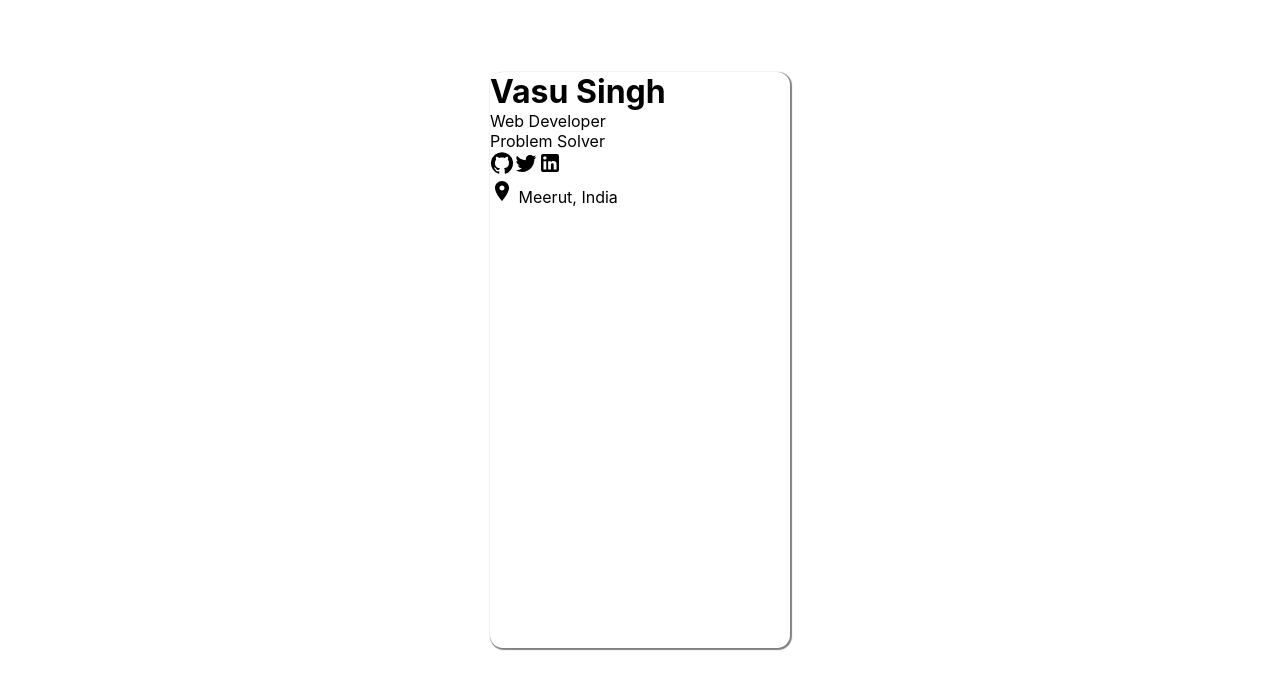
Repository: vasucp1207/grid-port
Page: /about
The author's editor kept a copy of each file at every save. The page is drawn from the files as they stood at one save, then again after the next save.
The browser window is 1280 px wide. The pictures show the whole page.
Some web fonts or font styles are not loaded; a fallback is used. The project was rebuilt for these pictures with package versions that can differ from the ones it lists, and the page was loaded fresh each time. Also part of the build but not shown: src/pages/Home.js, src/pages/Projects.js.

Above is the page before, as saved 2022-08-16 22:04:45.

After the next save:
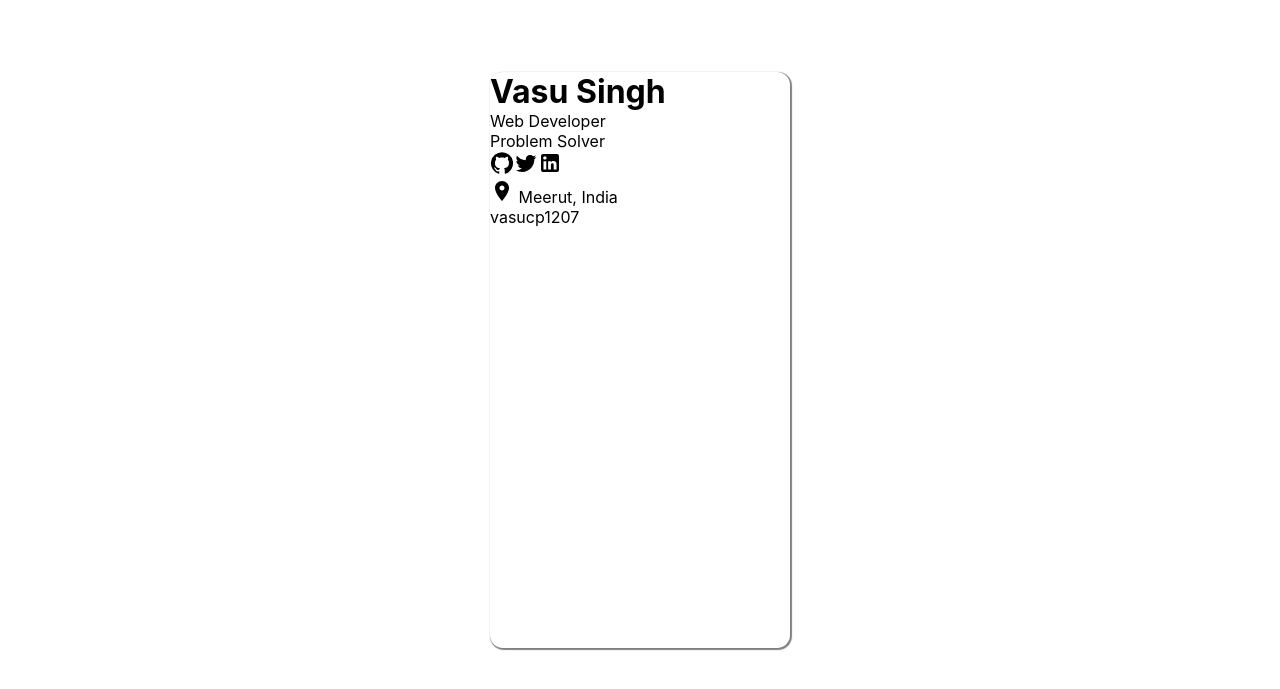
Saved 15 s later.
--- a/src/pages/AboutMe.js
+++ b/src/pages/AboutMe.js
@@ -43,6 +43,7 @@ function AboutMe() {
                         </div>
                         <div>
                             <p><LocationOnIcon/> Meerut, India</p>
+                            <p>vasucp1207</p>
                         </div>
                     </Left>
                     <Right></Right>
